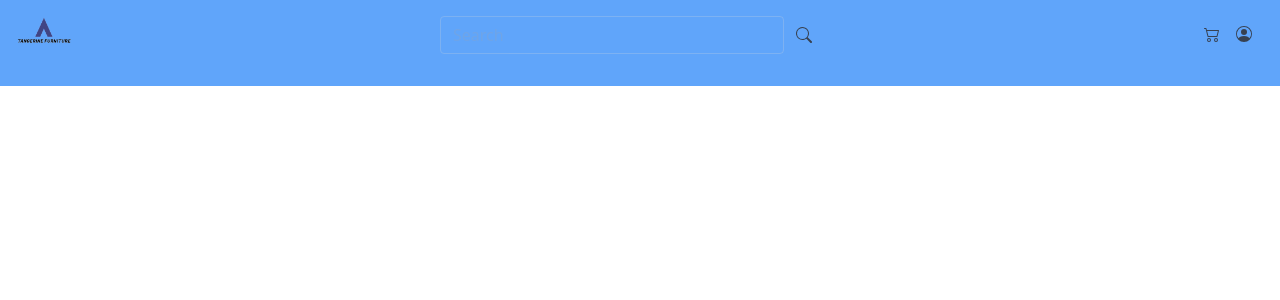
Repository: DevLaukey/Jitu-final
Page: / (app in frontend/)
An editor plug-in stored every save of this project. The page is shown before and after the next save, followed by the edit.
The browser window is 1280 px wide. The pictures show the whole page.
The project was rebuilt for these pictures with package versions that can differ from the ones it lists, and the page was loaded fresh each time.

Above is the page before, as saved 2022-07-13 13:23:10.

After the next save:
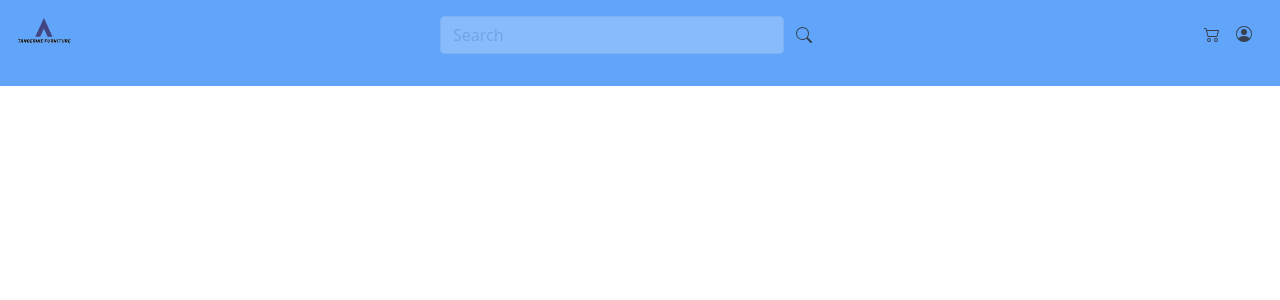
Saved 35 s later.
--- a/frontend/src/components/Navbar.js
+++ b/frontend/src/components/Navbar.js
@@ -20,7 +20,7 @@
           <div class="input-group relative flex  items-stretch w-full mb-4 rounded">
             <input
               type="search"
-              class="form-control relative flex-auto min-w-0 block w-full px-3 py-1.5 text-base font-normal text-gray-700 bg-transparent bg-clip-padding border border-solid border-gray-300 rounded transition ease-in-out m-0 focus:text-gray-700 focus:bg-white focus:border-blue-600 focus:outline-none opacity-25"
+              class="form-control relative flex-auto min-w-0 block w-full px-3 py-1.5 text-base font-normal text-gray-700 bg-blur-400 bg-clip-padding border border-solid border-gray-300 rounded transition ease-in-out m-0 focus:text-gray-700 focus:bg-white focus:border-blue-600 focus:outline-none opacity-25"
               placeholder="Search"
               aria-label="Search"
               aria-describedby="button-addon2"

After the 2 saves that followed:
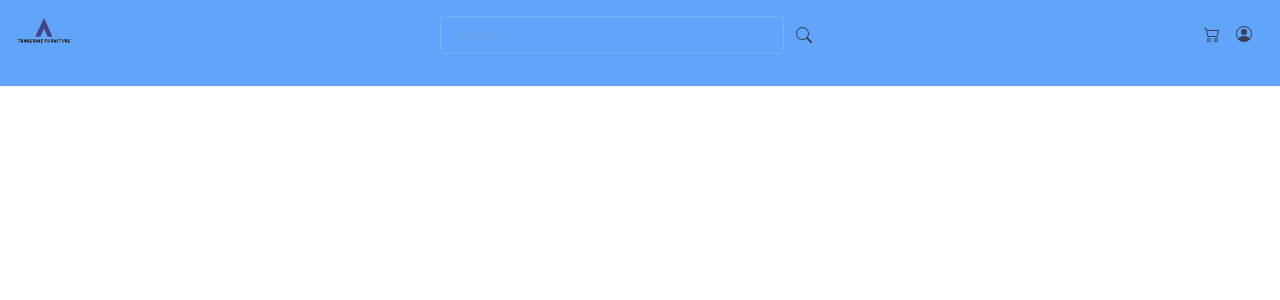
The 2 saves are shown as one change because they came seconds apart.
The last was saved 6 s later.
--- a/frontend/src/components/Navbar.js
+++ b/frontend/src/components/Navbar.js
@@ -20,7 +20,7 @@
           <div class="input-group relative flex  items-stretch w-full mb-4 rounded">
             <input
               type="search"
-              class="form-control relative flex-auto min-w-0 block w-full px-3 py-1.5 text-base font-normal text-gray-700 bg-blur-400 bg-clip-padding border border-solid border-gray-300 rounded transition ease-in-out m-0 focus:text-gray-700 focus:bg-white focus:border-blue-600 focus:outline-none opacity-25"
+              class="form-control relative flex-auto min-w-0 block w-full px-3 py-1.5 text-base font-normal text-gray-700 bg-blue-400 bg-clip-padding border border-solid border-gray-300 rounded transition ease-in-out m-0 focus:text-gray-700 focus:bg-white focus:border-blue-600 focus:outline-none opacity-25"
               placeholder="Search"
               aria-label="Search"
               aria-describedby="button-addon2"
